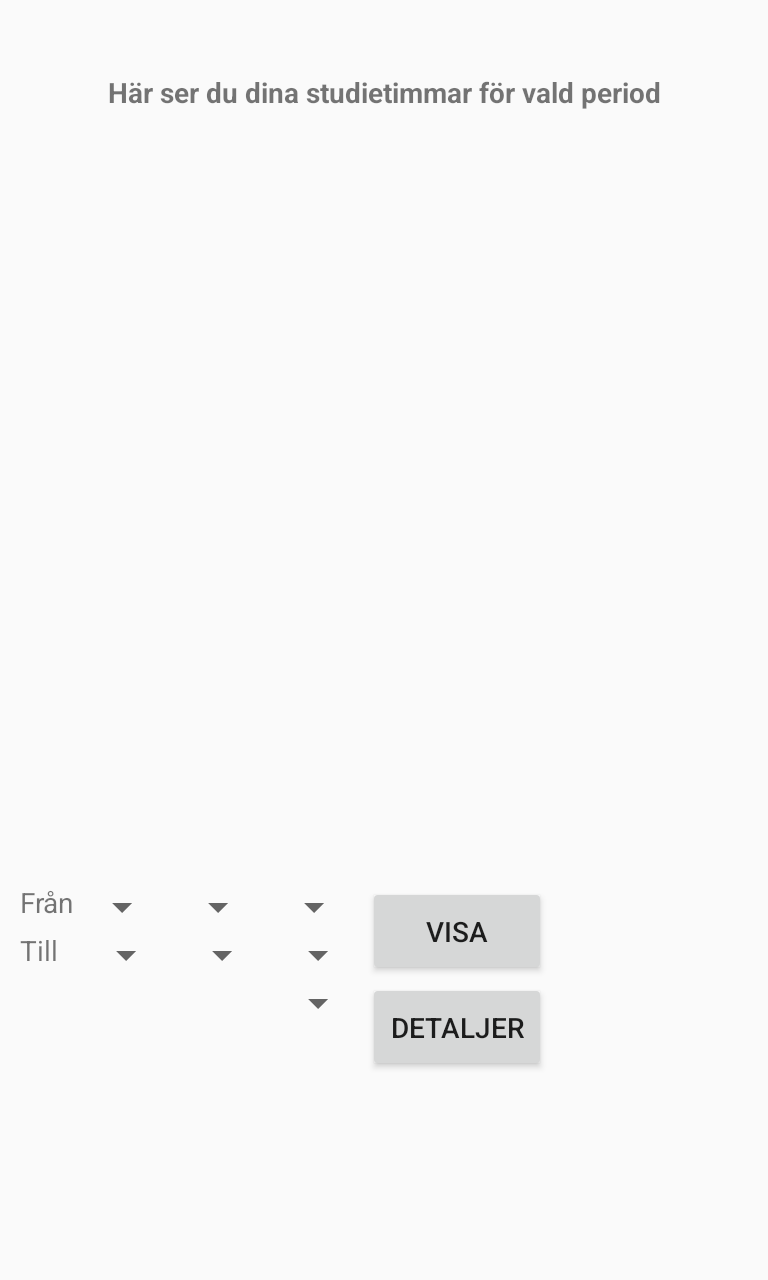
Repository: Dinova/Studiekoll
Layout: Studiekoll/Studiekoll/res/layout/fragment_graph.xml
An editor plug-in stored every save of this project. The layout is shown before and after the next save, followed by the edit.
It is drawn on a 768 x 1280 px phone screen (xhdpi) without system bars, with theme AppTheme; the app's code is not run.

Above is the layout before, as saved 2014-05-20 10:48:38.

After the next save:
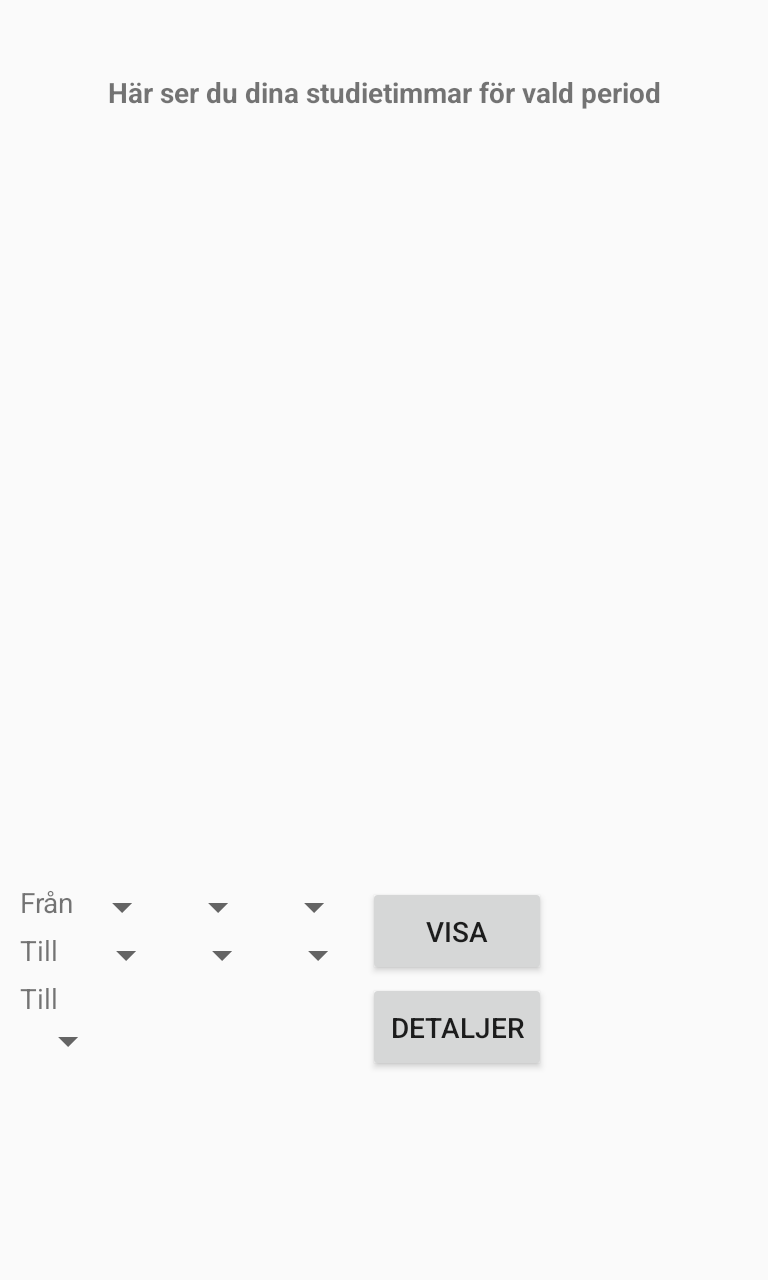
Saved 99 s later.
--- a/Studiekoll/Studiekoll/res/layout/fragment_graph.xml
+++ b/Studiekoll/Studiekoll/res/layout/fragment_graph.xml
@@ -111,9 +111,15 @@
 
 			</LinearLayout> <!-- To date control layout end -->
 
+			<TextView
+	   			    android:layout_width="wrap_content"
+	   			    android:layout_height="wrap_content"
+	   			    android:layout_marginRight="10dp"
+	   			    android:text="@string/to_prompt" />
+
 			<Spinner
 			    android:id="@+id/show_category_spinner"
-			    android:layout_width="fill_parent"
+			    android:layout_width="wrap_content"
 			    android:layout_height="wrap_content"
 			    android:spinnerMode="dialog"
 			    android:prompt="@string/category_prompt"/>
